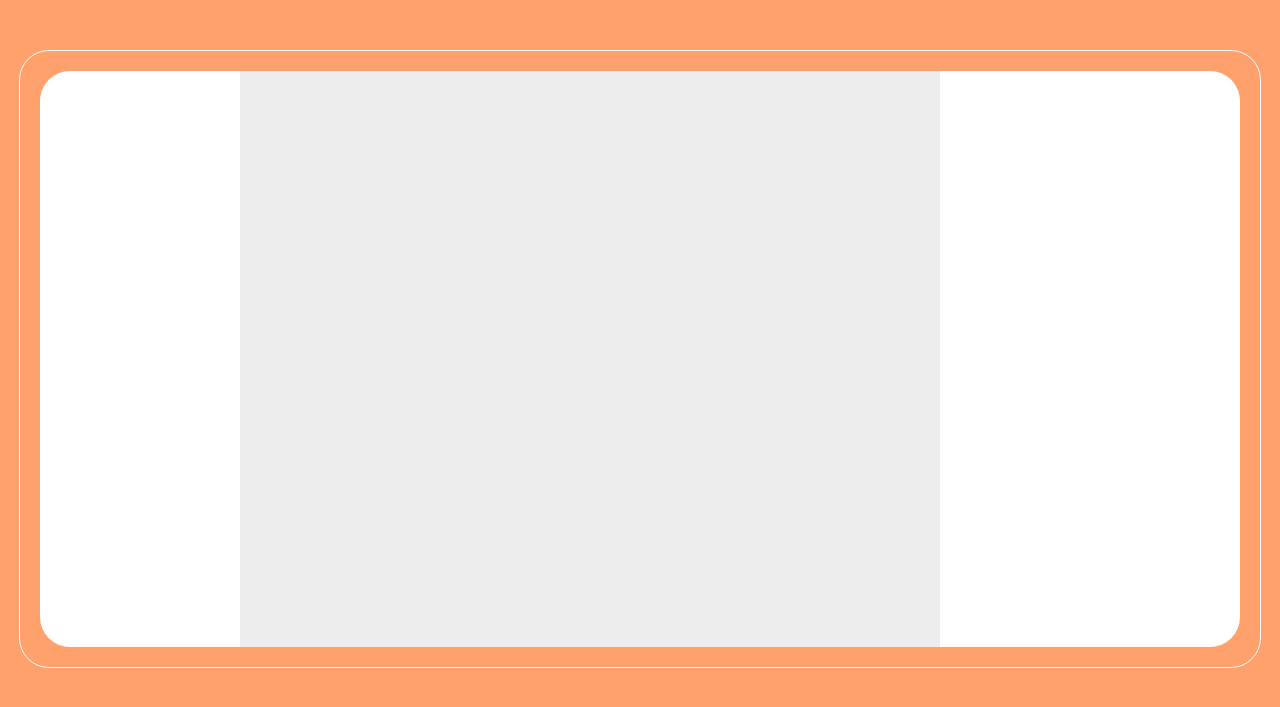
Repository: hnguyeng/tiemnhabo
Page: index.html
The author's editor kept a copy of each file at every save. The page is drawn from the files as they stood at one save, then again after the next save.
The browser window is 1280 px wide. The pictures show the whole page.

Above is the page before, as saved 2022-12-13 00:45:39.

### index.html
<!DOCTYPE html>
<html lang="en">
<head>
    <meta charset="UTF-8">
    <meta http-equiv="X-UA-Compatible" content="IE=edge">
    <meta name="viewport" content="width=device-width, initial-scale=1.0">
    <title>Document</title>
    <link rel="stylesheet" href="./style.css">
    <link rel="stylesheet" href="https://cdnjs.cloudflare.com/ajax/libs/font-awesome/6.2.1/css/all.min.css">
</head>
<body>
    <div class="container">
        <div class="menu"></div>
        <div class="center"></div>
        <div class="cart"></div>
    </div>
</body>
</html>

### style.css
 @import url('https://fonts.googleapis.com/css2?family=Roboto&display=swap');
 :root{
    --white: #fff;
    --light: #eeeded;
    --orange: #FFA16C;
 }
 body {
    background-color: var(--orange);
    font-family: system-ui;
    overflow: hidden;
 }
 .container{
    width: 1200px;
    border: 1px solid var(--white);
    max-width: 100%;
    margin: 50px auto 0;
    display: grid;
    grid-template-columns: 200px auto 300px;
    padding: 20px;
    border-radius: 30px;
    min-height: 80vh;
 }
 .container .menu{
    background-color: var(--white);
    border-top-left-radius: 30px;
    border-bottom-left-radius: 30px;
 }
 .container .cart{
    background-color: var(--white);
    border-top-right-radius: 30px;
    border-bottom-right-radius: 30px;
 }
 .container .center{
    background-color: var(--light);
    border-left: 1px solid var(--light);
    border-right: 1px solid var(--light);
 }

After the next save:
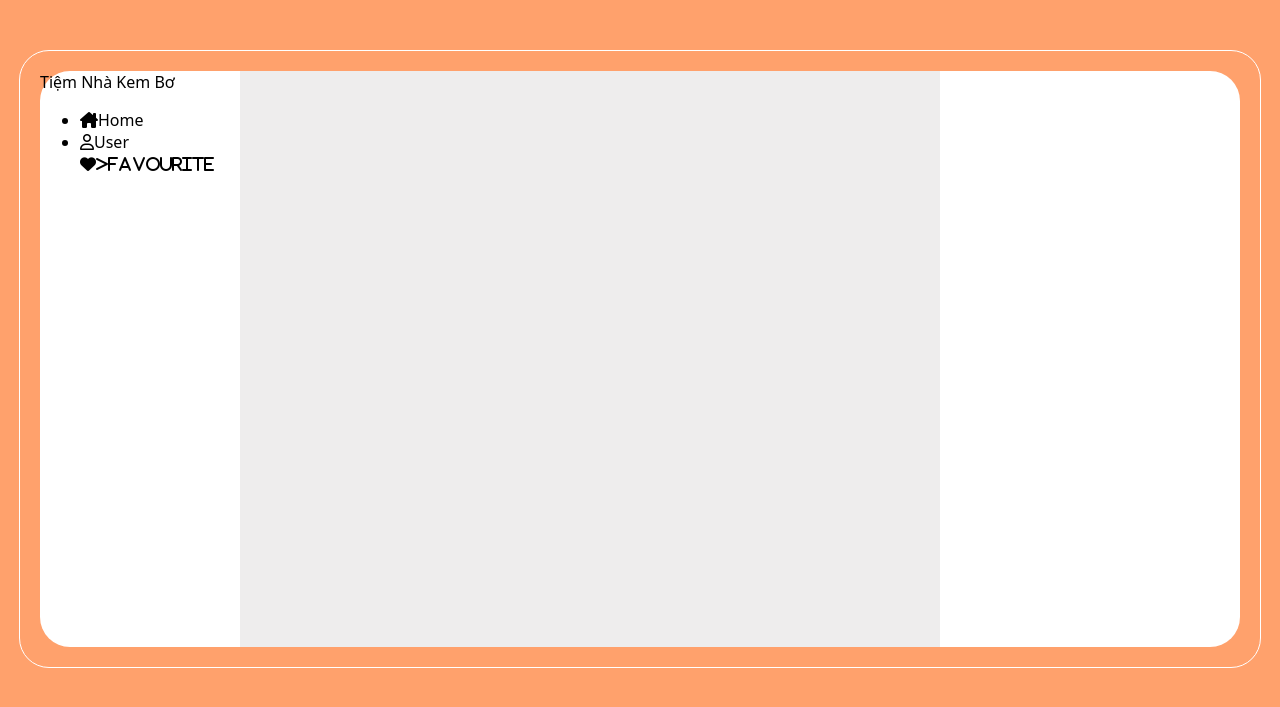
Saved 7 min 57 s later.
--- a/index.html
+++ b/index.html
@@ -10,7 +10,16 @@
 </head>
 <body>
     <div class="container">
-        <div class="menu"></div>
+        <div class="menu">
+            <div class="logo">
+                Tiệm Nhà <span>Kem Bơ</span>
+            </div>
+            <ul>
+                <li><i class="fa-solid fa-house-chimney"></i>Home</li>
+                <li><i class="fa-regular fa-user"></i>User</li>
+                <li<i class="fa-solid fa-heart"></i>>Favourite</li>
+            </ul>
+        </div>
         <div class="center"></div>
         <div class="cart"></div>
     </div>
